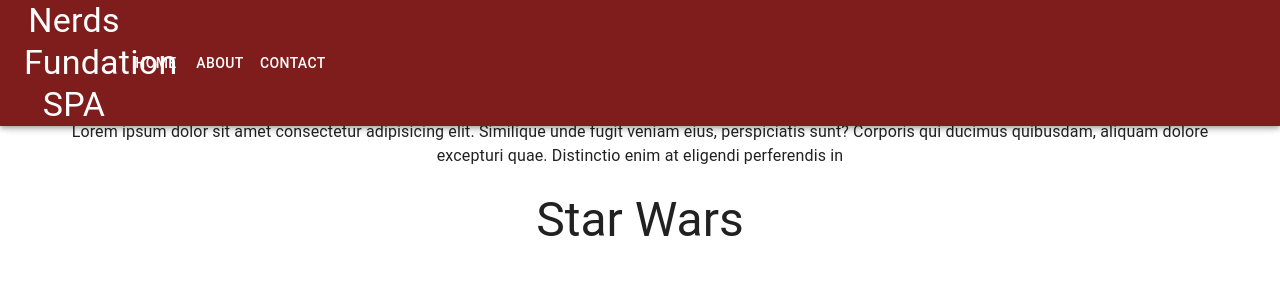
Repository: marianozamora/lisit-challenge
Page: /
An editor plug-in stored every save of this project. The page is shown before and after the next save, followed by the edit.
The browser window is 1280 px wide. The pictures show the whole page.
The page's requests for data from a server got no answer. The project was rebuilt for these pictures with package versions that can differ from the ones it lists, and the page was loaded fresh each time. Some packages were replaced by stand-ins written for this rebuild. No one was signed in, and anything a server would have sent is missing. Also part of the build but not shown: vite.config.ts, src/components/Pagination.tsx.

Above is the page before, as saved 2023-05-11 00:50:59.

### src/main.tsx
import React from 'react'
import ReactDOM from 'react-dom/client'
import App from './App.tsx'
import './index.css'
import { QueryClientProvider } from '@tanstack/react-query';
import queryClient from './queryClient';
import { ReactQueryDevtools } from '@tanstack/react-query-devtools';

ReactDOM.createRoot(document.getElementById('root') as HTMLElement).render(
  <React.StrictMode>
    <QueryClientProvider client={queryClient}>
      <App />
      <ReactQueryDevtools initialIsOpen></ReactQueryDevtools>
    </QueryClientProvider>
  </React.StrictMode>,
)

### src/App.tsx
import { useFetchPeople } from './hooks/useSwapi'
import './App.css'
import { People } from './hooks/types'
import Pagination from '../src/components/Pagination'
import React from 'react'
import { Box, Typography } from '@mui/material';
import Header from './components/Header';
function App() {
  const [currentPage, setCurrentPage] = React.useState(1)
  const { data, isLoading, isError } = useFetchPeople({ page: currentPage})
  //if (isLoading) return <div>Loading...</div>

  // if (data && data.count === null) {
  //   return null; // or display a different message or loading state
  // }


  return (
    <>
      <Header />
      <Box sx={{ display: 'flex', justifyContent: 'center', alignItems: 'center' }}>
        <Typography variant="h3" component="div" gutterBottom>
          Star Wars
        </Typography>
      </Box>
    <Box>
      {data?.results.map((person: People) => (
        <div key={person.name}>{person.name}</div>
      ))}
      {/* <button onClick={
        () => {
          setCurrentPage(currentPage + 1)
        }
      } >
        Next
      </button> */}

      {
        data && data.count > 0 && <Pagination
        onPageChange={(event, value) => {
          setCurrentPage(value)
        }}
        count={data?.count}
        elementsPerPage={10}
        currentPage={currentPage}
      />

      }

      </Box>
    </>

  )
}

export default App

### src/index.css
@tailwind base;
@tailwind components;
@tailwind utilities;
/*
:root {
  font-family: Inter, system-ui, Avenir, Helvetica, Arial, sans-serif;
  line-height: 1.5;
  font-weight: 400;

  color-scheme: light dark;
  color: rgba(255, 255, 255, 0.87);
  background-color: #242424;

  font-synthesis: none;
  text-rendering: optimizeLegibility;
  -webkit-font-smoothing: antialiased;
  -moz-osx-font-smoothing: grayscale;
  -webkit-text-size-adjust: 100%;
}

a {
  font-weight: 500;
  color: #646cff;
  text-decoration: inherit;
}
a:hover {
  color: #535bf2;
}

body {
  margin: 0;
  display: flex;
  place-items: center;
  min-width: 320px;
  min-height: 100vh;
}

h1 {
  font-size: 3.2em;
  line-height: 1.1;
}

button {
  border-radius: 8px;
  border: 1px solid transparent;
  padding: 0.6em 1.2em;
  font-size: 1em;
  font-weight: 500;
  font-family: inherit;
  background-color: #1a1a1a;
  cursor: pointer;
  transition: border-color 0.25s;
}
button:hover {
  border-color: #646cff;
}
button:focus,
button:focus-visible {
  outline: 4px auto -webkit-focus-ring-color;
}

@media (prefers-color-scheme: light) {
  :root {
    color: #213547;
    background-color: #ffffff;
  }
  a:hover {
    color: #747bff;
  }
  button {
    background-color: #f9f9f9;
  }
} */

### src/queryClient.ts
import { QueryClient } from '@tanstack/react-query';

const queryClient = new QueryClient();

export default queryClient;

### src/hooks/useSwapi.ts
import api from '../api/swapi';
import { useQuery } from '@tanstack/react-query';

export async function fetchPeople({page=1}) {
    const { data } = await api.get(`people/?page=${page}`);
    return data;
}

export function useFetchPeople({ page = 1 } = {}) {
    return useQuery({
        queryKey: ['people', { page }],
        queryFn: () => fetchPeople({ page }),
    })

}

async function fetchPerson(id) {
    const { data } = await api.get(`people/${id}`);
    return data;
}

### src/components/Header.tsx
import * as React from 'react';
import { AppBar, Toolbar, IconButton, Typography, Box, CssBaseline} from '@mui/material';
import { Drawer, List, ListItem, ListItemButton, ListItemText, Divider, Button } from '@mui/material';
import MenuIcon from '@mui/icons-material/Menu';
interface Props {
    /**
     * Injected by the documentation to work in an iframe.
     * You won't need it on your project.
     */
    window?: () => Window;
}


const drawerWidth = 240;
const navItems = ['Home', 'About', 'Contact'];

export default function Header(props: Props) {

    const { window } = props;
    const [mobileOpen, setMobileOpen] = React.useState(false);

    const handleDrawerToggle = () => {
        setMobileOpen((prevState) => !prevState);
    };

    const drawer = (
        <Box onClick={handleDrawerToggle} sx={{ textAlign: 'center' }}>
        <Typography variant="h6" sx={{ my: 2 }}>
            MUI
        </Typography>
        <Divider />
        <List>
            {navItems.map((item) => (
            <ListItem key={item} disablePadding>
                <ListItemButton sx={{ textAlign: 'center' }}>
                <ListItemText primary={item} />
                </ListItemButton>
            </ListItem>
            ))}
        </List>
        </Box>
    );

    const container = window !== undefined ? () => window().document.body : undefined;

    return (
            <Box sx={{ display: 'flex' }}>
            <CssBaseline />
            <AppBar component="nav">
            <Toolbar className="bg-red-900">
                <IconButton
                color="inherit"
                aria-label="open drawer"
                edge="start"
                onClick={handleDrawerToggle}
                sx={{ mr: 2, display: { sm: 'none' } }}
                >
                <MenuIcon />
                </IconButton>
                <Typography
                variant="h4"
                component="div"
                className="text-white w-[100px]"
                sx={{ display: { xs: 'none', sm: 'block' } }}
                >
                Nerds Fundation SPA
                </Typography>
                <Box sx={{ display: { xs: 'none', sm: 'block' } }}>
                {navItems.map((item) => (
                    <Button key={item} sx={{ color: '#fff' }}>
                    {item}
                    </Button>
                ))}
                </Box>
            </Toolbar>
            </AppBar>
            <Box component="nav">
                <Drawer
                container={container}
                variant="temporary"
                open={mobileOpen}
                onClose={handleDrawerToggle}
                ModalProps={{
                keepMounted: true, // Better open performance on mobile.
                }}
                sx={{
                display: { xs: 'block', sm: 'none' },
                '& .MuiDrawer-paper': { boxSizing: 'border-box', width: drawerWidth },
                }}
            >
                {drawer}
            </Drawer>
            </Box>
            <Box component="main" sx={{ p: 3 }}>
            <Toolbar />
            <Typography>
                Lorem ipsum dolor sit amet consectetur adipisicing elit. Similique unde
                fugit veniam eius, perspiciatis sunt? Corporis qui ducimus quibusdam,
                aliquam dolore excepturi quae. Distinctio enim at eligendi perferendis in
            </Typography>
            </Box>
        </Box>
    )
}

### src/api/swapi.ts
import axios from 'axios';

const api = axios.create({
    baseURL: 'https://swapi.dev/api/',
});

export default api;

Loaded but not shown: index.html (common file); src/App.css (common file); tailwind.config.js (common file)

After the next save:
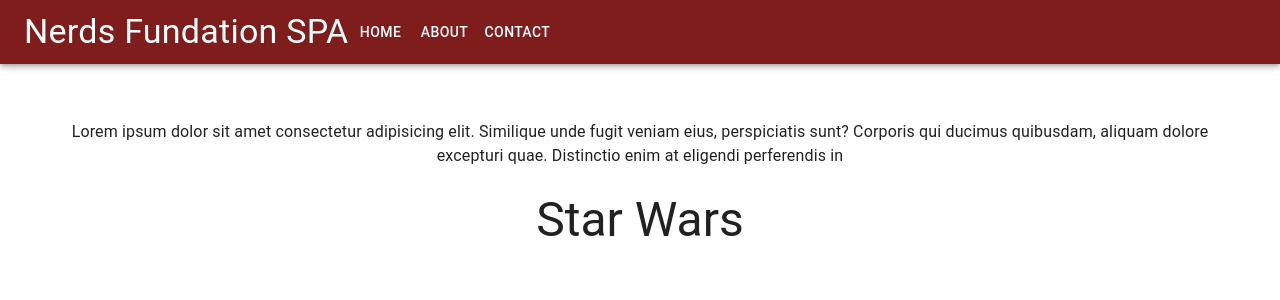
Saved 12 s later.
--- a/src/components/Header.tsx
+++ b/src/components/Header.tsx
@@ -60,7 +60,7 @@
                 <Typography
                 variant="h4"
                 component="div"
-                className="text-white w-[100px]"
+                className="text-white "
                 sx={{ display: { xs: 'none', sm: 'block' } }}
                 >
                 Nerds Fundation SPA
